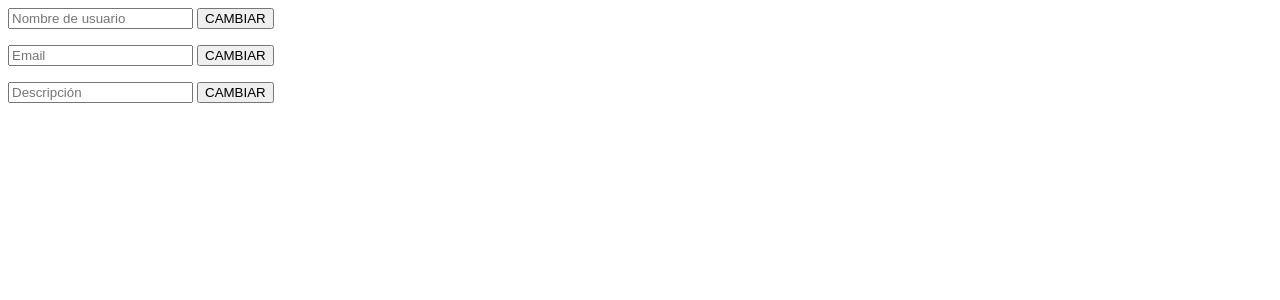
Repository: UNIZAR-30226-2020-06/PS-BackendGroup
Page: http://localhost/Espotify/modinfo.jsp
The author's editor kept a copy of each file at every save. The page is drawn from the files as they stood at one save, then again after the next save.
The browser window is 1280 px wide. The pictures show the whole page.
The page is served by Tomcat 9.

Above is the page before, as saved 2020-03-23 11:35:10.

After the next save:
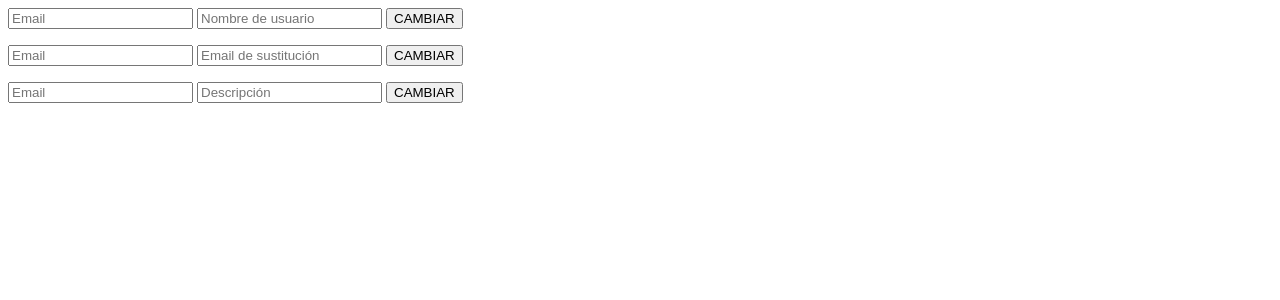
Saved 41 s later.
--- a/eclipse-espotify/Espotify/WebContent/modinfo.jsp
+++ b/eclipse-espotify/Espotify/WebContent/modinfo.jsp
@@ -1,16 +1,19 @@
 <HTML>
 <BODY>
 	<form action="modnombre" method="post">
+		<input type="email" name="email" placeholder="Email" required="">
 		<input type="text" name="nombre" placeholder="Nombre de usuario" required="">
 		<input type="submit" value="CAMBIAR">
 	</form>
 
 	<form action="modemail" method="post">
 		<input type="email" name="email" placeholder="Email" required="">
+		<input type="email" name="email" placeholder="Email de sustitución" required="">
 		<input type="submit" value="CAMBIAR">
 	</form>
 
 	<form action="moddescripcion" method="post">
+		<input type="email" name="email" placeholder="Email" required="">
 		<input type="text" name="descripcion" placeholder="Descripción" required="">
 		<input type="submit" value="CAMBIAR">
 	</form>
